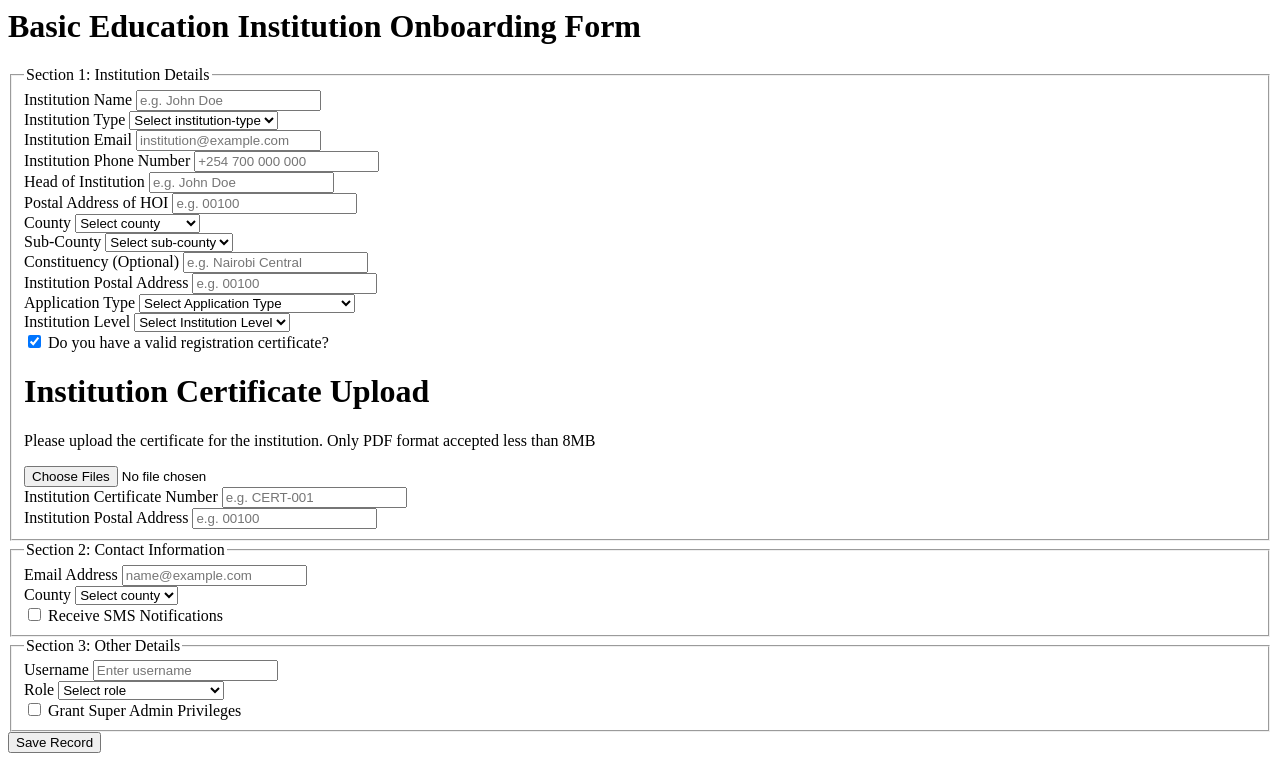
Repository: ndirituart/KEMIS
Page: angular-client/src/app/pages/basic-education/basic-education.html
These files come from the project's save history. The page is drawn as it stood at one moment and after a run of saves; the edit follows.
The browser window is 1280 px wide. The pictures show the whole page.

Above is the page before, as saved 2026-10-20 21:40:37.

### angular-client/src/app/pages/basic-education/basic-education.html
<div class="kemis-form-wrapper">
<form class="kemis-form" (ngSubmit)="onSubmit()" #myForm="ngForm">
<h1 class="text-center mb-4">Basic Education Institution Onboarding Form</h1>
  <!-- ========================================== -->
  <!-- Section 1: Institution Details                -->
  <!-- ========================================== -->
  <fieldset class="mb-4 p-3 border rounded">
    <legend class="float-none w-auto px-2 fs-5 fw-bold text-primary">Section 1: Institution Details</legend>

    <div class="row g-3">
      <!-- Institution Name -->
      <div class="col-md-6">
        <label for="fullName" class="form-label fw-semibold">Institution Name</label>
        <input type="text" class="form-control" id="fullName" name="fullName" placeholder="e.g. John Doe" required>
      </div>

      <!-- Type of School based on Gender -->
      <div class="col-md-6">
        <label for="institution-type" class="form-label fw-semibold">Institution Type</label>
        <select class="form-select" id="institution-type" name="institution-type" required>
          <option value="" disabled selected>Select institution-type</option>
          <option value="Boy's School">Boy's School</option>
          <option value="Girl's School">Girl's School</option>
          <option value="Mixed School">Mixed School</option>
        </select>
      </div>

      <!-- Institution Email -->
      <div class="col-md-6">
        <label for="emailId" class="form-label fw-semibold">Institution Email</label>
        <input type="email" class="form-control" id="emailId" name="emailId" placeholder="institution@example.com" required>
      </div>

      <!-- Institution Phone Number -->
      <div class="col-md-6">
        <label for="phoneNumber" class="form-label fw-semibold">Institution Phone Number</label>
        <input type="tel" class="form-control" id="phoneNumber" name="phoneNumber" placeholder="+254 700 000 000" required>
      </div>

      <!-- Head of Institution -->
      <div class="col-md-6">
        <label for="headOfInstitution" class="form-label fw-semibold">Head of Institution</label>
        <input type="text" class="form-control" id="headOfInstitution" name="headOfInstitution" placeholder="e.g. John Doe" required>
      </div>

      <!-- Postal Address of HOI -->
      <div class="col-md-6">
        <label for="postalAddressHoi" class="form-label fw-semibold">Postal Address of HOI</label>
        <input type="text" class="form-control" id="postalAddressHoi" name="postalAddressHoi" placeholder="e.g. 00100" required>
      </div>

      <!--County List-->
      <div class="col-md-6">
        <label for="county" class="form-label fw-semibold">County</label>
        <select class="form-select" id="county" name="county" required>
          <option value="" disabled selected>Select county</option>
      <option value="baringo">Baringo</option>
      <option value="bomet">Bomet</option>
      <option value="bungoma">Bungoma</option>
      <option value="busia">Busia</option>
      <option value="elgeyo marakwet">Elgeyo Marakwet</option>
      <option value="embu">Embu</option>
      <option value="garissa">Garissa</option>
      <option value="homa bay">Homa Bay</option>
      <option value="isiolo">Isiolo</option>
      <option value="kajiado">Kajiado</option>
      <option value="kakamega">Kakamega</option>
      <option value="kericho">Kericho</option>
      <option value="kiambu">Kiambu</option>
      <option value="kilifi">Kilifi</option>
      <option value="kirinyaga">Kirinyaga</option>
      <option value="kisii">Kisii</option>
      <option value="kisumu">Kisumu</option>
      <option value="kitui">Kitui</option>
      <option value="kwale">Kwale</option>
      <option value="laikipia">Laikipia</option>
      <option value="lamu">Lamu</option>
      <option value="machakos">Machakos</option>
      <option value="makueni">Makueni</option>
      <option value="mandera">Mandera</option>
      <option value="meru">Meru</option>
      <option value="migori">Migori</option>
      <option value="marsabit">Marsabit</option>
      <option value="mombasa">Mombasa</option>
      <option value="muranga">Muranga</option>
      <option value="nairobi">Nairobi</option>
      <option value="nakuru">Nakuru</option>
      <option value="nandi">Nandi</option>
      <option value="narok">Narok</option>
      <option value="nyamira">Nyamira</option>
      <option value="nyandarua">Nyandarua</option>
      <option value="nyeri">Nyeri</option>
      <option value="samburu">Samburu</option>
      <option value="siaya">Siaya</option>
      <option value="taita taveta">Taita Taveta</option>
      <option value="tana river">Tana River</option>
      <option value="tharaka nithi">Tharaka Nithi</option>
      <option value="trans nzoia">Trans Nzoia</option>
      <option value="turkana">Turkana</option>
      <option value="uasin gishu">Uasin Gishu</option>
      <option value="vihiga">Vihiga</option>
      <option value="wajir">Wajir</option>
      <option value="pokot">West Pokot</option>
  </select>
      </div>

      <!--TO-DO: Nestsed array for Sub-County List dependent on county chosen-->
      <div class="col-md-6">
        <label for="subCounty" class="form-label fw-semibold">Sub-County</label>
        <select class="form-select" id="subCounty" name="subCounty" required>
          <option value="" disabled selected>Select sub-county</option>
        </select>
      </div>

      <!--Constituency Name OPTIONAL-->
      <div class="col-md-6">
        <label for="constituency" class="form-label fw-semibold">Constituency (Optional)</label>
        <input type="text" class="form-control" id="constituency" name="constituency" placeholder="e.g. Nairobi Central">
      </div>

      <!--Institution Postal Address-->
      <div class="col-md-6">
        <label for="postalAddressInstitution" class="form-label fw-semibold">Institution Postal Address</label>
        <input type="text" class="form-control" id="postalAddressInstitution" name="postalAddressInstitution" placeholder="e.g. 00100" required>
      </div>

       <!-- Application Type -->
      <div class="col-md-6">
        <label for="application-type" class="form-label fw-semibold">Application Type</label>
        <select class="form-select" id="application-type" name="application-type" required>
          <option value="" disabled selected>Select Application Type</option>
          <option value="Regular School">Regular School</option>
          <option value="Regular School with Special Unit">Regular School with Special Unit</option>
          <option value="Special School">Special School</option>
        </select>
      </div>

       <!-- Institution Level -->
      <div class="col-md-6">
        <label for="institution-level" class="form-label fw-semibold">Institution Level</label>
        <select class="form-select" id="institution-level" name="institution-level" required>
          <option value="" disabled selected>Select Institution Level</option>
          <option value="Pre-Primary">Pre-Primary</option>
          <option value="Primary">Primary</option>
          <option value="Secondary">Secondary</option>
          <option value="High School">High School</option>
        </select>
      </div>

      <!-- Boolean Toggle (Switch) -->
      <div class="col-12 mt-3">
        <div class="form-check form-switch">
          <input class="form-check-input" type="checkbox" role="switch" id="isActive" name="isActive" checked>
          <label class="form-check-label fw-semibold" for="isActive">Do you have a valid registration certificate?</label>
        </div>
      </div>

      <!--Certificate Upload-->
      <div class="upload">
        <h1>Institution Certificate Upload</h1>
        <p class="upload__description">Please upload the certificate for the institution. Only PDF format accepted less than 8MB </p>
        <input class="upload__input" id="certificate_pdf" type="file" multiple />
        <div class="upload__files">
        </div>
      </div>

      <!--Institution Certificate Number-->
      <div class="col-md-6">
        <label for="certificateNumber" class="form-label fw-semibold">Institution Certificate Number</label>
        <input type="text" class="form-control" id="certificateNumber" name="certificateNumber" placeholder="e.g. CERT-001" required>
      </div>

      <!--Institution Postal Address-->
      <div class="col-md-6">
        <label for="postalAddressInstitution" class="form-label fw-semibold">Institution Postal Address</label>
        <input type="text" class="form-control" id="postalAddressInstitution" name="postalAddressInstitution" placeholder="e.g. 00100" required>
      </div>
    </div>
  </fieldset>

  <!-- ========================================== -->
  <!-- SECTION 2: Coordinates            -->
  <!-- ========================================== -->
  <fieldset class="mb-4 p-3 border rounded">
    <legend class="float-none w-auto px-2 fs-5 fw-bold text-primary">Section 2: Contact Information</legend>

    <div class="row g-3">
      <!-- Text Input -->
      <div class="col-md-6">
        <label for="emailId" class="form-label fw-semibold">Email Address</label>
        <input type="emailId" class="form-control" id="emailId" name="emailId" placeholder="name@example.com" required>
      </div>

      <!-- Dropdown -->
      <div class="col-md-6">
        <label for="county" class="form-label fw-semibold">County</label>
        <select class="form-select" id="county" name="county" required>
          <option value="" disabled selected>Select county</option>
          <option value="Nairobi">Nairobi</option>
          <option value="Mombasa">Mombasa</option>
          <option value="Kisumu">Kisumu</option>
        </select>
      </div>

      <!-- Boolean Toggle -->
      <div class="col-12 mt-3">
        <div class="form-check form-switch">
          <input class="form-check-input" type="checkbox" role="switch" id="receiveSms" name="receiveSms">
          <label class="form-check-label fw-semibold" for="receiveSms">Receive SMS Notifications</label>
        </div>
      </div>
    </div>
  </fieldset>

  <!-- ========================================== -->
  <!-- SECTION 3: Other Details                -->
  <!-- ========================================== -->
  <fieldset class="mb-4 p-3 border rounded">
    <legend class="float-none w-auto px-2 fs-5 fw-bold text-primary">Section 3: Other Details</legend>

    <div class="row g-3">
      <!-- Text Input -->
      <div class="col-md-6">
        <label for="username" class="form-label fw-semibold">Username</label>
        <input type="text" class="form-control" id="username" name="username" placeholder="Enter username" required>
      </div>

      <!-- Dropdown -->
      <div class="col-md-6">
        <label for="role" class="form-label fw-semibold">Role</label>
        <select class="form-select" id="role" name="role" required>
          <option value="" disabled selected>Select role</option>
          <option value="Admin">Admin</option>
          <option value="IT Officer">IT Officer</option>
          <option value="Head of Institution (HOI)">Head of Institution (HOI)</option>
        </select>
      </div>

      <!-- Boolean Toggle -->
      <div class="col-12 mt-3">
        <div class="form-check form-switch">
          <input class="form-check-input" type="checkbox" role="switch" id="isSuperAdmin" name="isSuperAdmin">
          <label class="form-check-label fw-semibold" for="isSuperAdmin">Grant Super Admin Privileges</label>
        </div>
      </div>
    </div>
  </fieldset>

  <!-- Submit Button -->
  <div class="d-grid gap-2 mt-4">
    <button type="submit" class="btn btn-primary btn-lg">Save Record</button>
  </div>

</form>
</div>

After the next 2 saves:
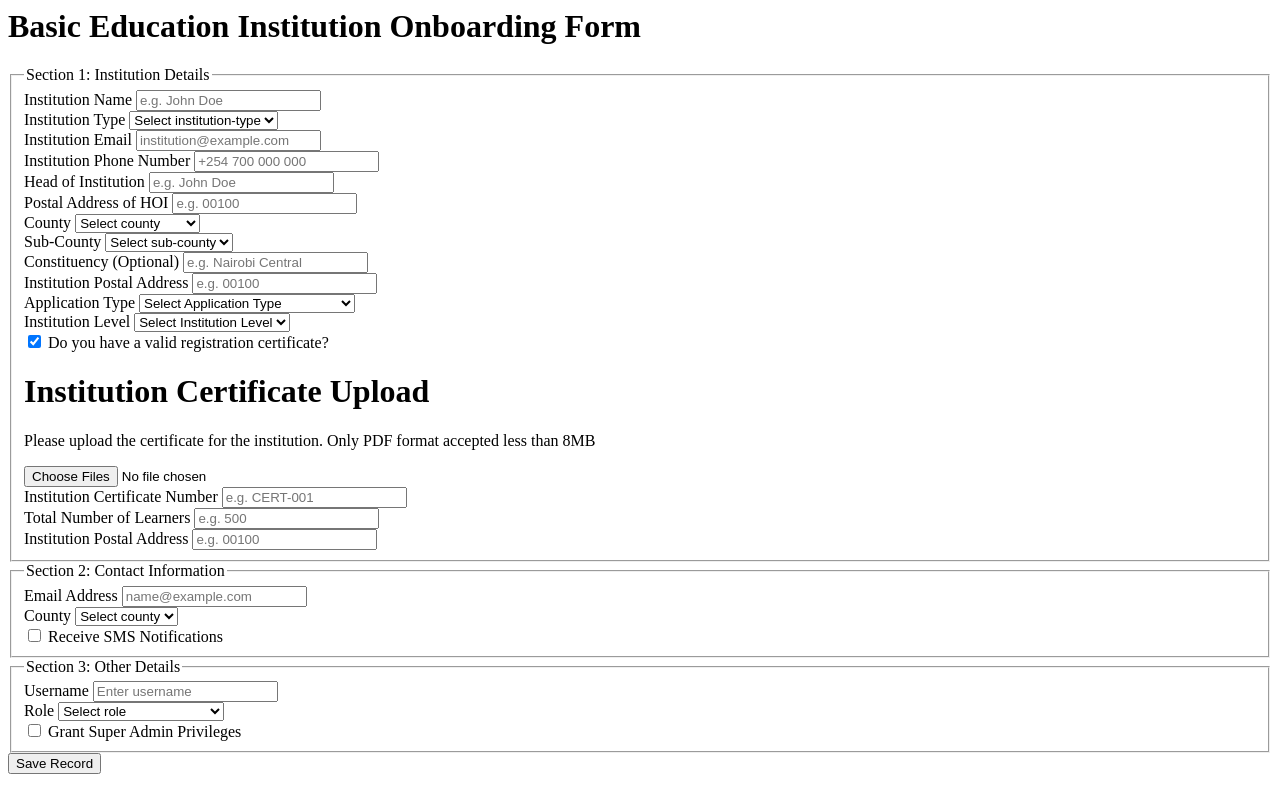
The 2 saves are shown as one change because they came seconds apart.
The last was saved 15 s later.
--- a/angular-client/src/app/pages/basic-education/basic-education.html
+++ b/angular-client/src/app/pages/basic-education/basic-education.html
@@ -170,6 +170,12 @@
         <input type="text" class="form-control" id="certificateNumber" name="certificateNumber" placeholder="e.g. CERT-001" required>
       </div>
 
+      <!--Total Number of Learners-->
+      <div class="col-md-6">
+        <label for="totalLearners" class="form-label fw-semibold">Total Number of Learners</label>
+        <input type="number" class="form-control" id="totalLearners" name="totalLearners" placeholder="e.g. 500" required>
+      </div>
+
       <!--Institution Postal Address-->
       <div class="col-md-6">
         <label for="postalAddressInstitution" class="form-label fw-semibold">Institution Postal Address</label>

After the save that followed:
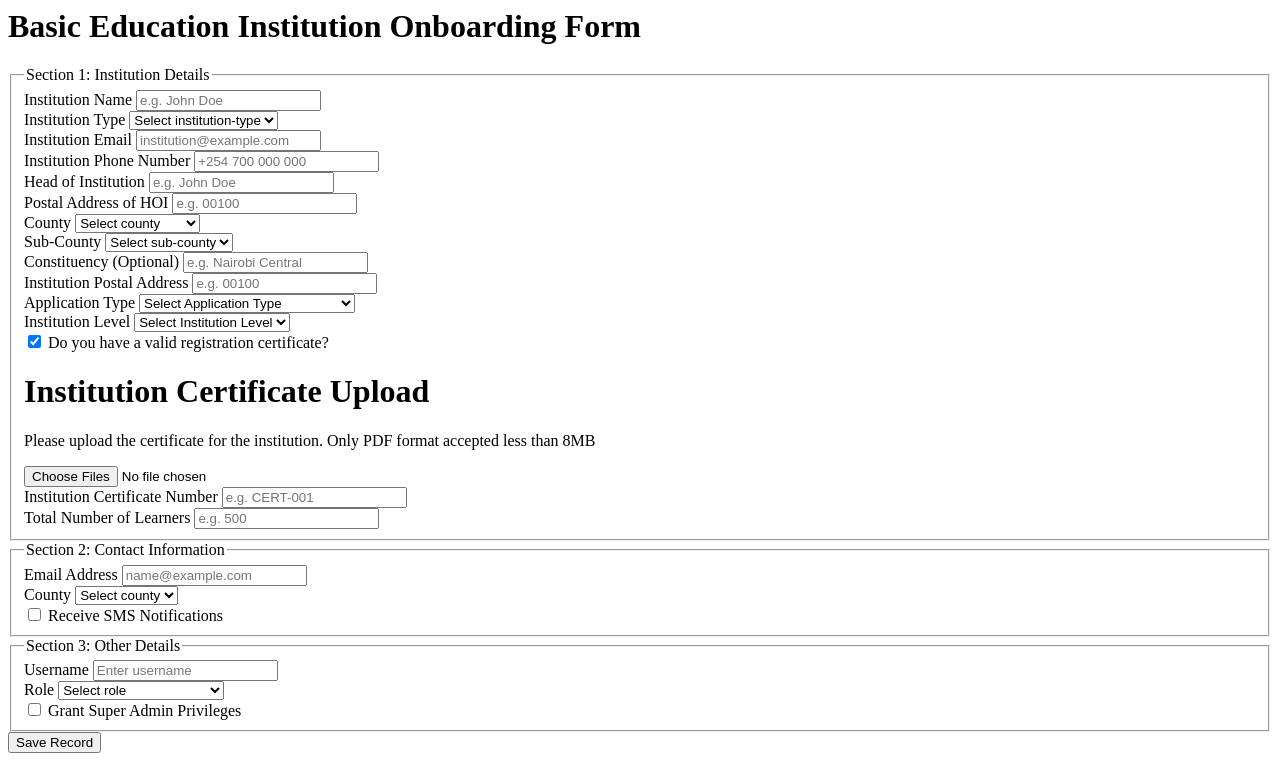
Saved 9 s later.
--- a/angular-client/src/app/pages/basic-education/basic-education.html
+++ b/angular-client/src/app/pages/basic-education/basic-education.html
@@ -176,11 +176,6 @@
         <input type="number" class="form-control" id="totalLearners" name="totalLearners" placeholder="e.g. 500" required>
       </div>
 
-      <!--Institution Postal Address-->
-      <div class="col-md-6">
-        <label for="postalAddressInstitution" class="form-label fw-semibold">Institution Postal Address</label>
-        <input type="text" class="form-control" id="postalAddressInstitution" name="postalAddressInstitution" placeholder="e.g. 00100" required>
-      </div>
     </div>
   </fieldset>
 
